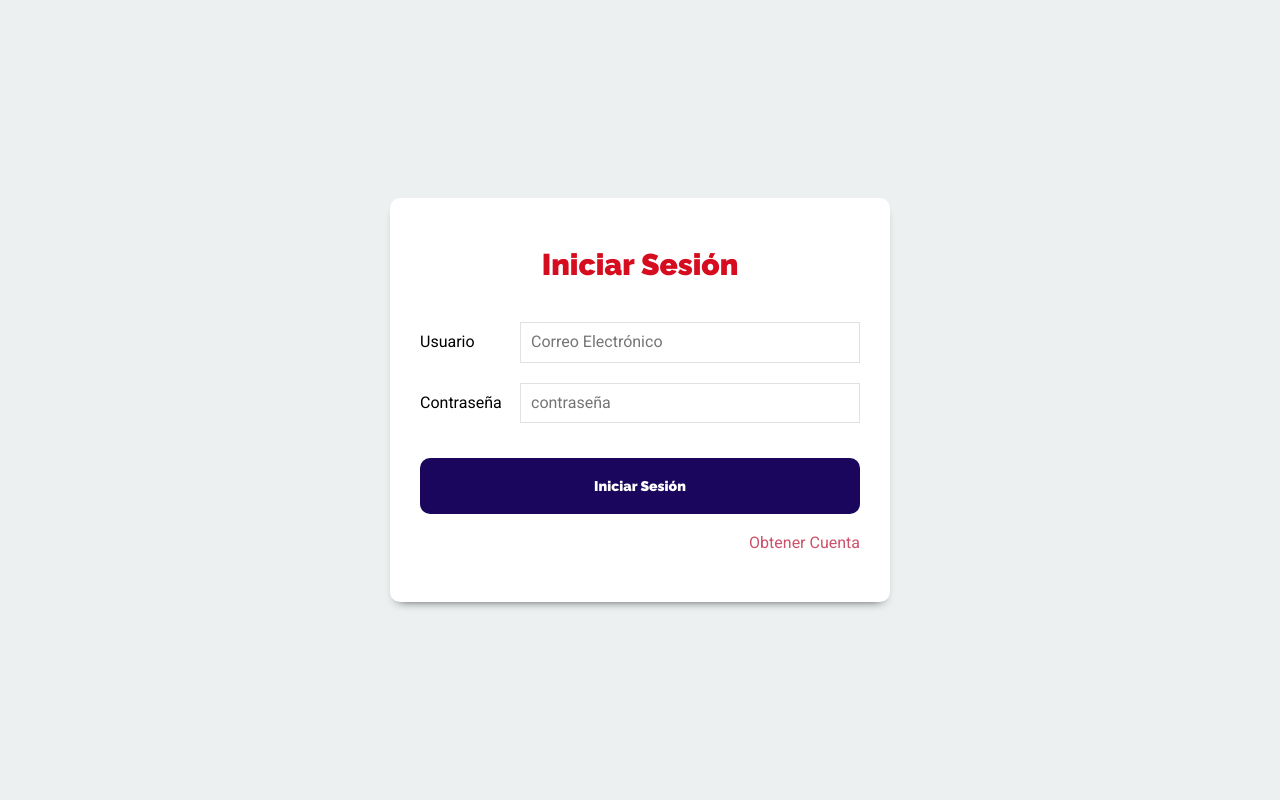
Repository: andrescovarrubias/admin-proyectos
Page: / (app in cliente/)
The author's editor kept a copy of each file at every save. The page is drawn from the files as they stood at one save, then again after the next save.
The browser window is 1280 px wide. The pictures show the whole page.
The project was rebuilt for these pictures with package versions that can differ from the ones it lists, and the page was loaded fresh each time. Also part of the build but not shown: cliente/src/components/auth/NuevaCuenta.jsx, cliente/src/components/proyectos/NuevoProyecto.jsx, cliente/src/components/layout/SideBar.jsx, cliente/src/components/proyectos/Proyectos.jsx.

Above is the page before, as saved 2020-10-31 17:35:29.

### cliente/src/index.css
:root {
  --blanco: #ffffff;
  --blanco2: #fcf7ff;
  --blanco3: #ecf0f1;
  --azul1: #258ea6;
  --morado1: #4d376d;
  --morado2: #861657;
  --azul2: #1b065e;
  --azul3: #2e4052;
  --rojo: #d60d1e;
  --rojo2: #b8082c;
  --rojo3: #b91a2f;
  --headingFont: "Raleway", sans-serif;
  --textFont: "Roboto", sans-serif;
}
*,
*:before,
*:after {
  box-sizing: inherit;
}
html {
  box-sizing: border-box;
  height: 100%;
  font-size: 62.5%;
}
body {
  min-height: 100%;
  background-color: #ecf0f1;
  font-size: 16px;
  font-size: 1.6rem;
  font-family: var(--textFont);
}

h1,
h2 {
  font-family: var(--headingFont);
  font-weight: 900;
  margin: 0 0 4rem 0;
  text-align: center;
  color: var(--rojo);
}
h1 span {
  font-weight: 400;
}
h1 {
  font-size: 3rem;
}
h2 {
  font-size: 2.4rem;
}
ul {
  list-style: none;
  padding: 0;
  margin: 0;
}
a {
  text-decoration: none;
  color: var(--gris2);
}

/** BOTONES **/
.btn {
  margin-top: 2vh;
  font-family: var(--headingFont);
  padding: 20px;
  font-size: 14px;
  font-weight: bold;
  border-radius: 10px;
  border: none;
  transition: background-color 0.3s ease;
}
.btn:hover {
  cursor: pointer;
}
.btn-primario {
  background-color: var(--azul2);
  color: var(--blanco);
}
.btn-primario:hover {
  background: var(--azul3);
}
.btn-secundario {
  background-color: var(--rojo2);
}
.btn-block {
  display: block;
  width: 100%;
}
.btn-submit:hover {
  background-color: #b91a2f;
}
.btn-blank {
  margin: 0;
  padding: 0;
  display: block;
  background-color: transparent;
}

@media (min-width: 768px) {
  .contenedor-app {
    display: flex;
    min-height: 100vh;
  }

  aside {
    background-color: var(--blanco);
    flex: 0 0 300px;
  }
  .seccion-principal {
    flex: 1;
  }
}

/* BARRA LATERAL */
aside {
  padding: 3rem;
}

.formulario-nuevo-proyecto {
  margin-top: 6rem;
}
.formulario-nuevo-proyecto .input-text {
  border-bottom: 1px solid var(--gris2);
  border-radius: 0;
  background-color: var(--gris1);
}
.formulario-nuevo-proyecto .input-text::placeholder {
  color: var(--gris2);
}
.proyectos {
  margin-top: 5vh;
}
.listado-proyectos li {
  margin-bottom: 2rem;
}
.listado-proyectos li a {
  font-size: 1.4rem;
  color: var(--gris2);
  line-height: 1.5;
  font-weight: 300;
}
.app-header {
  display: flex;
  justify-content: space-between;
  background-color: var(--gris2);
  padding: 4rem;
}
.nombre-usuario {
  color: var(--blanco);
  font-size: 2.2rem;
  margin: 0;
}
.nombre-usuario span {
  font-weight: 900;
}
.nav-principal a {
  color: var(--blanco);
  text-decoration: none;
}
.nav-principal a:first-of-type {
  margin-right: 2rem;
}

/** Formulario crear y editar tareas **/
.formulario {
  background-color: var(--gris3);
  padding: 4rem;
}
.formulario form {
  max-width: 600px;
  margin: 0 auto;
}
.contenedor-input {
  display: flex;
}
.contenedor-input label {
  margin-bottom: 1rem;
  color: var(--blanco);
}
.input-text {
  padding: 1rem;
  border: none;
  border-radius: 0.5rem;
  flex: 1;
  width: 100%;
}

/** TAREAS LISTADO **/
.contenedor-tareas {
  padding: 4rem;
}

.listado-tareas {
  max-width: 600px;
  margin: 0 auto;
}

.tarea {
  display: flex;
  justify-content: space-between;
  background-color: var(--blanco);
  padding: 0.5rem 2rem;
  align-items: center;
  margin-bottom: 1rem;
  border-radius: 0.5rem;
}
.sombra {
  -webkit-box-shadow: 0px 4px 10px -3px rgba(117, 117, 117, 1);
  -moz-box-shadow: 0px 4px 10px -3px rgba(117, 117, 117, 1);
  box-shadow: 0px 4px 10px -3px rgba(117, 117, 117, 1);
}
.sombra-dark {
  -webkit-box-shadow: 0px 6px 11px -8px rgba(0, 0, 0, 0.9);
  -moz-box-shadow: 0px 6px 11px -8px rgba(0, 0, 0, 0.9);
  box-shadow: 0px 6px 11px -8px rgba(0, 0, 0, 0.9);
}
.tarea .acciones .btn:first-of-type {
  margin-right: 1rem;
}
.tarea p {
  font-size: 1.6rem;
  flex: 1;
  padding-right: 2rem;
}
.tarea .btn {
  padding: 0.8rem;
  font-size: 1.4rem;
  border-radius: 0;
  margin: 0;
}

.estado {
  margin-right: 1rem;
}
.estado button,
.mensaje {
  font-weight: 900;
  font-family: var(--textFont);
  font-size: 1rem;
  padding: 0.5rem;
  border-radius: 0.5rem;
  cursor: pointer;
  border: none;
}
.mensaje {
  text-align: center;
  font-size: 1.6rem;
  border-radius: 0;
}
.mensaje:hover {
  cursor: default;
}
.completo,
.correcto {
  background-color: rgba(154, 252, 154, 0.3);
  color: var(--gris3);
}
.incompleto {
  background-color: rgba(255, 178, 178, 0.4);
  color: var(--gris3);
}
.error {
  max-width: 600px;
  margin: 2rem auto 0 auto;
  background-color: rgb(170, 0, 0);
  color: var(--blanco);
}

.tarea-enter,
.proyecto-enter {
  opacity: 0;
}
.tarea-enter-active,
.proyecto-enter-active {
  opacity: 1;
  transition: opacity 200ms;
}
.tarea-exit,
.proyecto-exit {
  opacity: 1;
}
.tarea-exit-active,
.proyecto-exit-active {
  opacity: 0;
  transition: opacity 200ms;
}

.form-usuario {
  height: 100vh;
  min-height: 800px;
  display: flex;
  align-items: center;
  justify-content: center;
}

.contenedor-form {
  padding: 5rem 3rem;
  max-width: 500px;
  width: 95%;
  background-color: var(--blanco);
  border-radius: 1rem;
}
.contenedor-form h1 {
  color: var(--rojo);
}

.campo-form {
  display: flex;
  margin-bottom: 2rem;
  align-items: center;
}
.campo-form:last-of-type {
  margin: 0;
}
.campo-form label {
  flex: 0 0 100px;
  font-family: var(--textFont);
}
.campo-form input[type="password"],
.campo-form input[type="email"],
.campo-form input[type="text"] {
  border: 1px solid #e1e1e1;
  padding: 1rem;
  flex: 1;
}

.enlace-cuenta {
  margin-top: 2rem;
  display: block;
  opacity: 0.7;
  float: right;
  color: var(--rojo2);
}
.enlace-cuenta:hover {
  text-decoration: underline var(--rojo);
}

.alerta {
  position: fixed;
  top: 0;
  left: 0;
  padding: 1rem 3rem;
  border-radius: 1rem;
  font-family: var(--headingFont);
  font-weight: 600;
  text-transform: uppercase;
  font-size: 2.2rem;
  text-align: center;
  width: 100%;
}
@media (min-width: 768px) {
  .alerta {
    width: auto;
    top: 30px;
    right: 10px;
    left: auto;
  }
}

.alerta-ok {
  background-color: rgb(109, 211, 109);
  color: rgb(2, 103, 2);
}
.alerta-error {
  background-color: rgb(230, 78, 78);
  color: var(--blanco);
}

### cliente/src/App.js
import React, {Fragment, useState, useEffect, useContext} from 'react';
import Login from './components/auth/Login';
import NuevaCuenta from './components/auth/NuevaCuenta';
import Proyectos from './components/proyectos/Proyectos';

import {BrowserRouter as Router, Switch, Route} from 'react-router-dom';


function App() {
  return (
    <Router>
      <Switch>
        <Route exact path='/' component = {Login} />
        <Route exact path='/nueva-cuenta' component = {NuevaCuenta} />
        <Route exact path='/proyectos' component = {Proyectos} />
      </Switch>
    </Router>
  );
}

export default App;

### cliente/src/components/auth/Login.jsx
import React, { useState } from 'react';
import {Link} from 'react-router-dom';


const Login = () => {

     // state para iniciar sesion
     const [usuario, guardarUsuario] = useState ({
          email:'',
          password:''
     });

     // extraer el usuario
     const {email, password} = usuario;

     const onChange = e => {
          guardarUsuario({
               ...usuario,
               [e.target.name] : e.target.value
          })
     }


     // cuando el usuario quiere iniciar sesion
     const onSubmit = e => {
          e.preventDefault();

          // validar que no haya campos vacios

          // contraseña minimo de 6 caracteres

          // contraseña iguales

          // pasarlo al action

     }

     return (
          <div className="form-usuario">
               <div className="contenedor-form sombra-dark">
                    <h1>Iniciar Sesión</h1>
                    <form
                         onSubmit = {onSubmit}
                    >
                         <div className="campo-form">
                              <label htmlFor="email">Usuario</label>
                              <input
                                   type="email"
                                   id="email"
                                   name="email"
                                   placeholder="Correo Electrónico"
                                   autocomplete="off"
                                   required
                                   value={email}
                                   onChange={onChange}
                              />
                         </div>
                         <div className="campo-form">
                              <label htmlFor="password">Contraseña</label>
                              <input
                                   type="password"
                                   id="password"
                                   name="password"
                                   placeholder="contraseña"
                                   autocomplete="off"
                                   value={password}
                                   required
                                   onChange={onChange}
                              />
                         </div>

                         <div className="campo-form">
                              <input type="submit" className=" btn btn-primario btn-block" value="Iniciar Sesión"/>
                         </div>
                    </form>
                    <Link to={'/nueva-cuenta'} className="enlace-cuenta">
                         Obtener Cuenta
                    </Link>
               </div>
          </div>
      );
}

export default Login;

Loaded but not shown: cliente/public/index.html (common file); cliente/src/index.js (common file); cliente/src/reportWebVitals.js (common file)

After the next save:
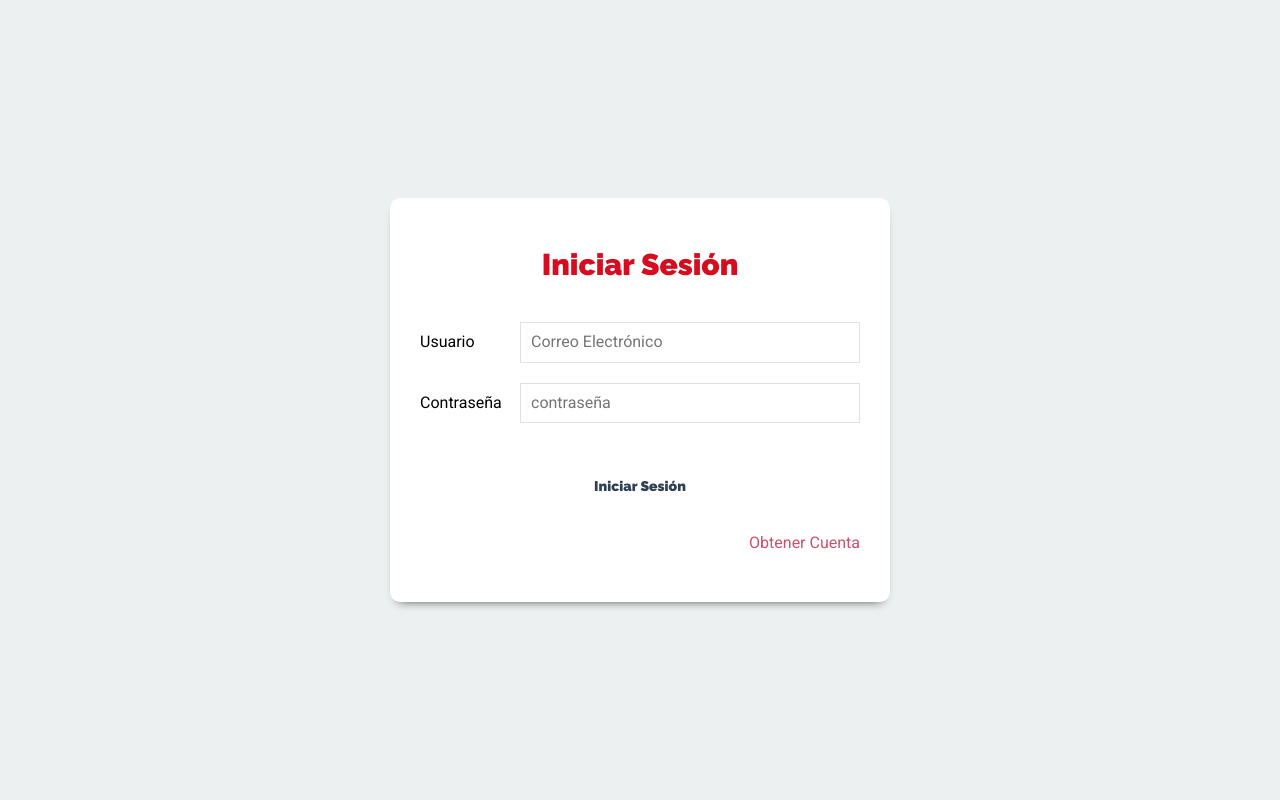
Saved 48 s later.
--- a/cliente/src/index.css
+++ b/cliente/src/index.css
@@ -73,8 +73,8 @@ a {
   cursor: pointer;
 }
 .btn-primario {
-  background-color: var(--azul2);
-  color: var(--blanco);
+  background-color: var(--blanco);
+  color: var(--azul3);
 }
 .btn-primario:hover {
   background: var(--azul3);
